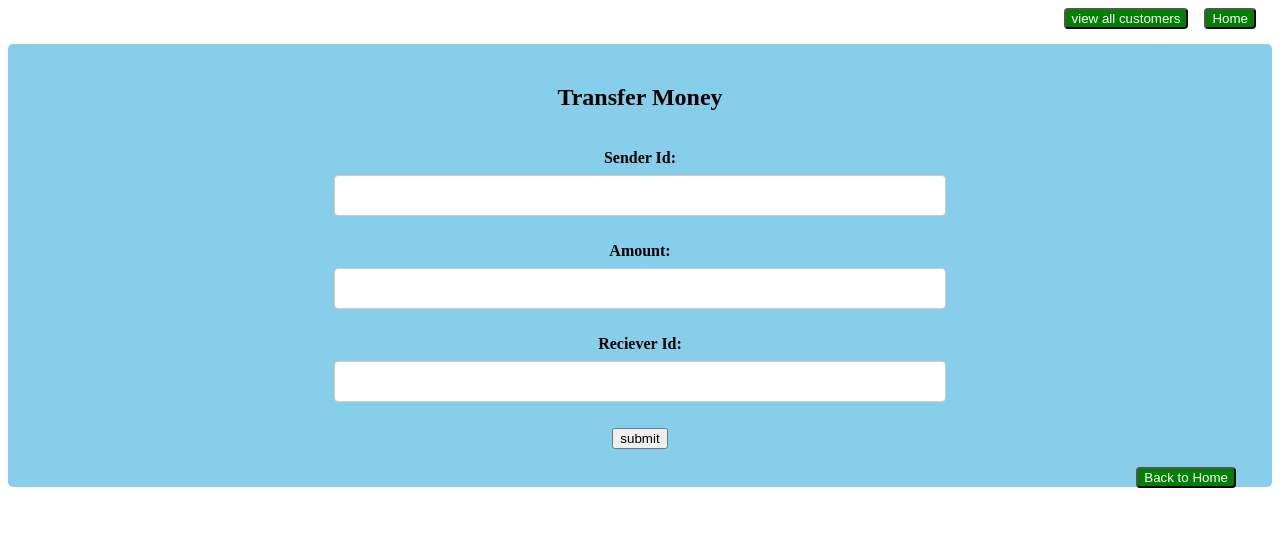
Repository: BarnalaManognaram/sparxintern
Page: sparx_internship/sparx/src/main/webapp/transfer.html
An editor plug-in stored every save of this project. The page is shown before and after the next save, followed by the edit.
The browser window is 1280 px wide. The pictures show the whole page.

Above is the page before, as saved 2021-09-19 16:43:18.

### sparx_internship/sparx/src/main/webapp/transfer.html
<!DOCTYPE html>
<html>
<head>
<meta charset="ISO-8859-1">
<title>transfer</title>
<link rel="stylesheet" href="home.css">
</head>
<body>
<a href="home.html"><button class="button1">Home</button></a>
<a href="Customer"><button class="button1">view all customers</button></a><br><br>
  <center>
  <div class="back">
   <h2>Transfer Money</h2><br>
    <b>Sender Id:</b><br><input  type="text" name="sid" /><br><br>
    <b>Amount:</b><br><input  type="text" name="tm"/><br><br>
    <b>Reciever Id:</b><br><input type="text" name="rid"/><br><br>
    <input type="button" value="submit"/><br><br>
      <a href="home.html"><button class="button1">Back to Home</button></a>
    </div>
  </center>
</body>
<style>
input[type=text], select {
  width: 50%;
  padding: 12px 20px;
  margin: 8px 0;
  display: inline-block;
  border: 1px solid #ccc;
  border-radius: 4px;
  box-sizing: border-box;
}

input[type=submit] {
  width: 50%;
  background-color:skyblue;
  color: white;
  padding: 14px 20px;
  margin: 8px 0;
  border: none;
  border-radius: 4px;
  cursor: pointer;
}



div {
  border-radius: 5px;
  background-color: skyblue;
  padding: 20px;
}
</style>
</html>

### sparx_internship/sparx/src/main/webapp/home.css
@charset "ISO-8859-1";
.button{
	background-color:green;
	color: white;
	border-radius: 8px;
		margin-left:690px;
}
.button1{
	background-color:green;
	color: white;
	border-radius: 4px;
	float: right;
	margin-right:16px;
}
.heading{
	color:green;
}
.bottom{
	background-color:skyblue;
	border-radius: 8px;

}

.table {
  font-family: arial, sans-serif;
  border-collapse: collapse;
  width: 100%;
}

.td {
  border: 1px solid #dddddd;
  text-align: left;
  padding: 8px;
}

.tr:nth-child(even) {
  background-color: #dddddd;
}

After the next save:
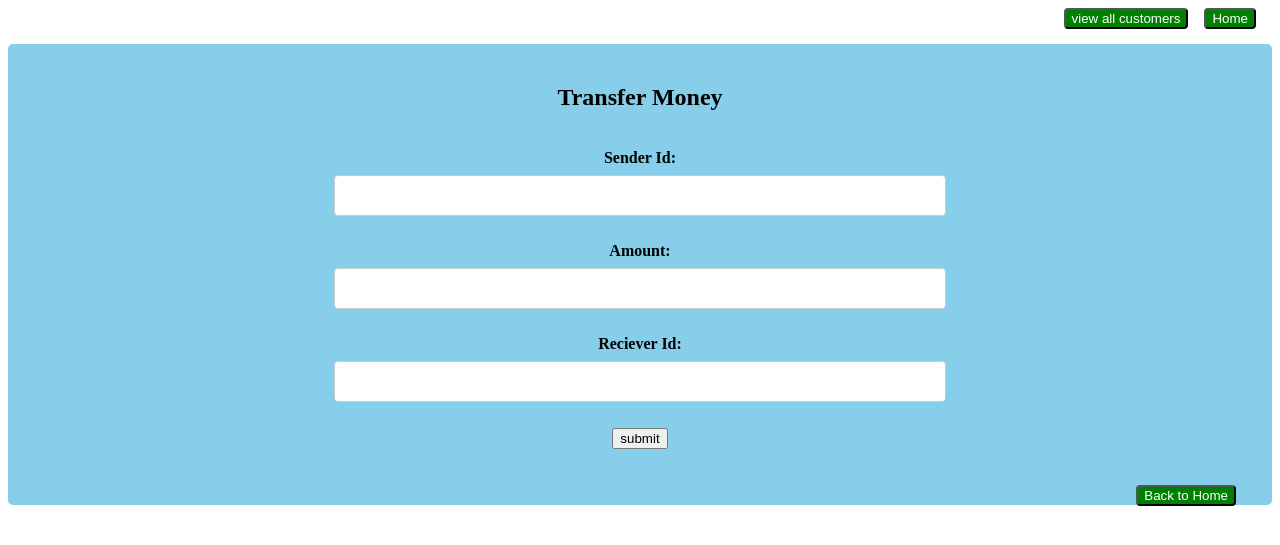
Saved 4 s later.
--- a/sparx_internship/sparx/src/main/webapp/transfer.html
+++ b/sparx_internship/sparx/src/main/webapp/transfer.html
@@ -14,7 +14,7 @@
     <b>Sender Id:</b><br><input  type="text" name="sid" /><br><br>
     <b>Amount:</b><br><input  type="text" name="tm"/><br><br>
     <b>Reciever Id:</b><br><input type="text" name="rid"/><br><br>
-    <input type="button" value="submit"/><br><br>
+    <input type="button" value="submit"/><br><br><br>
       <a href="home.html"><button class="button1">Back to Home</button></a>
     </div>
   </center>
